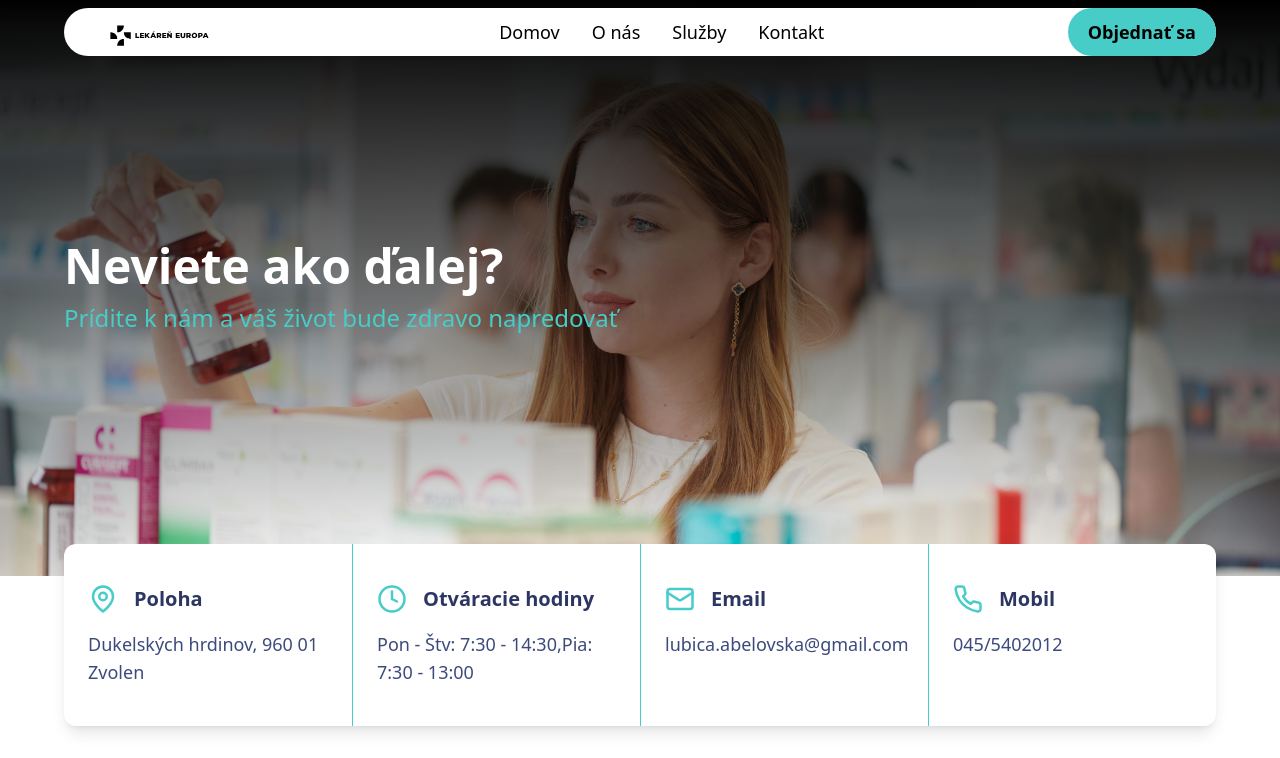
Repository: SimonSkoda13/Lekaren
Page: /
These files come from the project's save history. The page is drawn as it stood at one moment and after the next save; the edit follows.
The browser window is 1280 px wide. The pictures show the whole page.
The project was rebuilt for these pictures with package versions that can differ from the ones it lists, and the page was loaded fresh each time. The framework's server and built-in components were replaced by stand-ins that run in the browser. Also part of the build but not shown: next.config.js.

Above is the page before, as saved 2023-04-22 19:28:04.

### src/app/layout.tsx
import { Header } from "./components/Header/Header";
import "./globals.css";
import { Poppins } from "next/font/google";

export const metadata = {
  title: "Create Next App",
  description: "Generated by create next app",
};

export default function RootLayout({
  children,
}: {
  children: React.ReactNode;
}) {
  return (
    <html lang="en">
      <body className="bg-white min-h-[100vh]">
        <Header />
        <main>{children}</main>
        <footer></footer>
      </body>
    </html>
  );
}

### src/app/page.tsx
import Image from "next/image";
import { Inter } from "next/font/google";
import { HomeHero } from "./components/HomeHero/HomeHero";
import { Contact } from "./components/Contact/Contact";
import { Phone, MapPin, Clock4, Mail } from "lucide-react";

const inter = Inter({ subsets: ["latin"] });

// page with

export default function Home() {
  return (
    <>
      <HomeHero
        title={"Neviete ako ďalej?"}
        image={"/homeBanner.jpg"}
        description={"Prídite k nám a váš život bude zdravo napredovať"}
      />
      <Contact
        items={[
          {
            title: "Poloha",
            link: "https://goo.gl/maps/L5p9gij7kJ6iXfnA9",
            description: "Dukelských hrdinov, 960 01 Zvolen",
            icon: <MapPin size={30} className="stroke-primary" />,
          },
          {
            title: "Otváracie hodiny",
            link: "https://goo.gl/maps/L5p9gij7kJ6iXfnA9",
            description: "Pon - Štv:  7:30 - 14:30,Pia: 7:30 - 13:00",
            icon: <Clock4 size={30} className="stroke-primary" />,
          },
          {
            title: "Email",
            link: "mailto:lubica.abelovska@gmail.com",
            description: "lubica.abelovska@gmail.com",
            icon: <Mail size={30} className="stroke-primary" />,
          },
          {
            title: "Mobil",
            description: "045/5402012",
            link: "tel:045/5402012",
            icon: <Phone size={30} className="stroke-primary" />,
          },
        ]}
      />
    </>
  );
}

### src/app/components/Header/Header.tsx
import Link from "next/link";
import React from "react";

export interface HeaderProps {}

export const Header = (props: HeaderProps) => {
  const {} = props;
  return (
    <header className="cntn fixed w-full top-2 z-10">
      <div className="flex bg-white rounded-full ">
        {/* logo */}
        <div className="flex justify-center items-center px-4">
          <Link href="/">
            <img src="/headerLogo.svg" alt="logo" className=" h-12" />
          </Link>
        </div>
        {/* nav */}
        <div className="py-2 px-4 flex gap-8 items-center mx-auto text-lg font-medium">
          <Link href="/">Domov</Link>
          <Link href="/onas">O nás</Link>
          <Link href="/sluzby">Služby</Link>
          <Link href="/kontakt">Kontakt</Link>
        </div>
        {/* button order self */}
        <div className="flex justify-center items-center px-5 p-0 bg-primary rounded-full text-lg font-bold">
          <Link href="/order">Objednať sa</Link>
        </div>
      </div>
    </header>
  );
};

### src/app/globals.css
@tailwind base;
@tailwind components;
@tailwind utilities;

@layer components {
  .cntn {
    @apply mx-auto px-4  max-w-screen-xl md:px-16;
  }
}

### src/app/components/HomeHero/HomeHero.tsx
import Image from "next/image";
import React from "react";
import { ImageGradient } from "./ImageGradient/ImageGradient";

export interface HomeHeroProps {
  title: string;
  image: string;
  description: string;
}

export const HomeHero = (props: HomeHeroProps) => {
  const { title, image, description } = props;
  return (
    <section className="relative h-[80vh] z-0 px-0">
      <div className="w-full h-full absolute left-0 top-0 ">
        {/* make filter for image to odd brightness from top biggest to bottom lowest */}
        <ImageGradient>
          <Image
            src={image}
            alt="Next.js logo"
            fill
            style={{
              objectFit: "cover",
              objectPosition: "center",
            }}
          />
        </ImageGradient>
      </div>
      <div className="cntn relative gap-3 h-full flex justify-center flex-wrap flex-col z-10">
        <h1 className="text-5xl font-bold text-white">{title}</h1>
        <p className="text-2xl text-primary">{description}</p>
      </div>
    </section>
  );
};

### src/app/components/Contact/Contact.tsx
import { Phone } from "lucide-react";
import { Url } from "next/dist/shared/lib/router/router";
import Image from "next/image";
import Link from "next/link";
import React, { ReactNode } from "react";

export interface ContactProps {
  items?: {
    title: string;
    description: string;
    icon: ReactNode;
    link?: string;
  }[];
}

export const Contact = (props: ContactProps) => {
  const { items } = props;
  return (
    <section className="cntn z-10 relative top-[-2rem]">
      <div className="w-full h-full grid grid-cols-2 md:grid-cols-4 items-start bg-white rounded-xl shadow-lg divide-x divide-primary">
        {items?.map((item) => (
          <Link href={item?.link as Url} className="h-full">
            <div className="flex flex-col items-start gap-4 p-6 py-10">
              <div className="flex w-full flex-row gap-4 items-center">
                {item.icon}
                <h2 className="text-xl font-bold text-secondary">
                  {item.title}
                </h2>
              </div>
              <p className="text-lg font-medium text-secondary-light">
                {item.description}
              </p>
            </div>
          </Link>
        ))}
      </div>
    </section>
  );
};

### src/app/components/HomeHero/ImageGradient/ImageGradient.tsx
import React from "react";

export interface ImageGradientProps {
  children: React.ReactNode;
}

export const ImageGradient = (props: ImageGradientProps) => {
  const { children } = props;
  return (
    <div className="relative w-full h-full overflow-hidden z-10">
      <div className="absolute inset-0 z-10 bg-gradient-to-b from-black"></div>
      {children}
    </div>
  );
};

### tailwind.config.js
/** @type {import('tailwindcss').Config} */
module.exports = {
  content: [
    "./src/pages/**/*.{js,ts,jsx,tsx,mdx}",
    "./src/components/**/*.{js,ts,jsx,tsx,mdx}",
    "./src/app/**/*.{js,ts,jsx,tsx,mdx}",
  ],
  theme: {
    extend: {
      colors: {
        primary: "#47CCC8",
        secondary: "#2D3663",
        "secondary-light": "#3D4A7C",
      },
    },
  },
  plugins: [],
};

Loaded but not shown: src/app/api/hello/route.ts (common file)

After the next save:
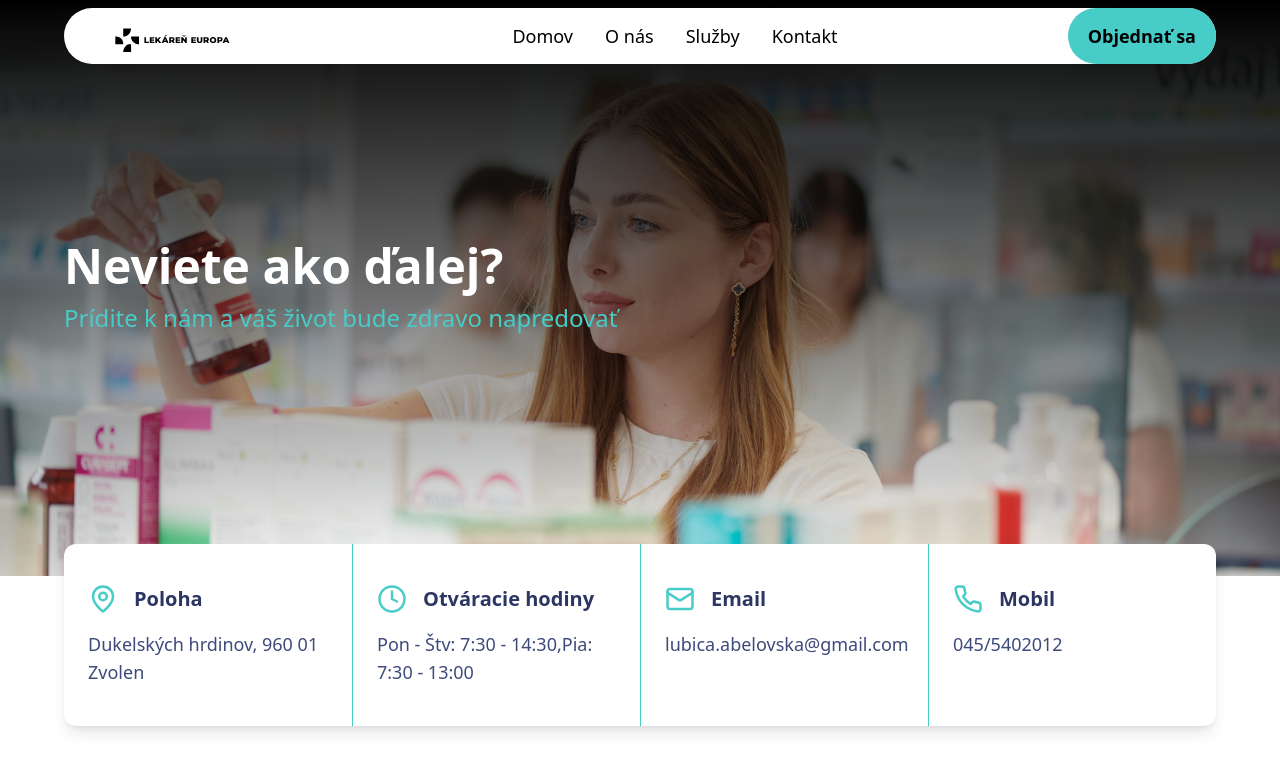
Saved 12 s later.
--- a/src/app/components/Header/Header.tsx
+++ b/src/app/components/Header/Header.tsx
@@ -11,7 +11,7 @@ export const Header = (props: HeaderProps) => {
         {/* logo */}
         <div className="flex justify-center items-center px-4">
           <Link href="/">
-            <img src="/headerLogo.svg" alt="logo" className=" h-12" />
+            <img src="/headerLogo.svg" alt="logo" className=" h-14" />
           </Link>
         </div>
         {/* nav */}
